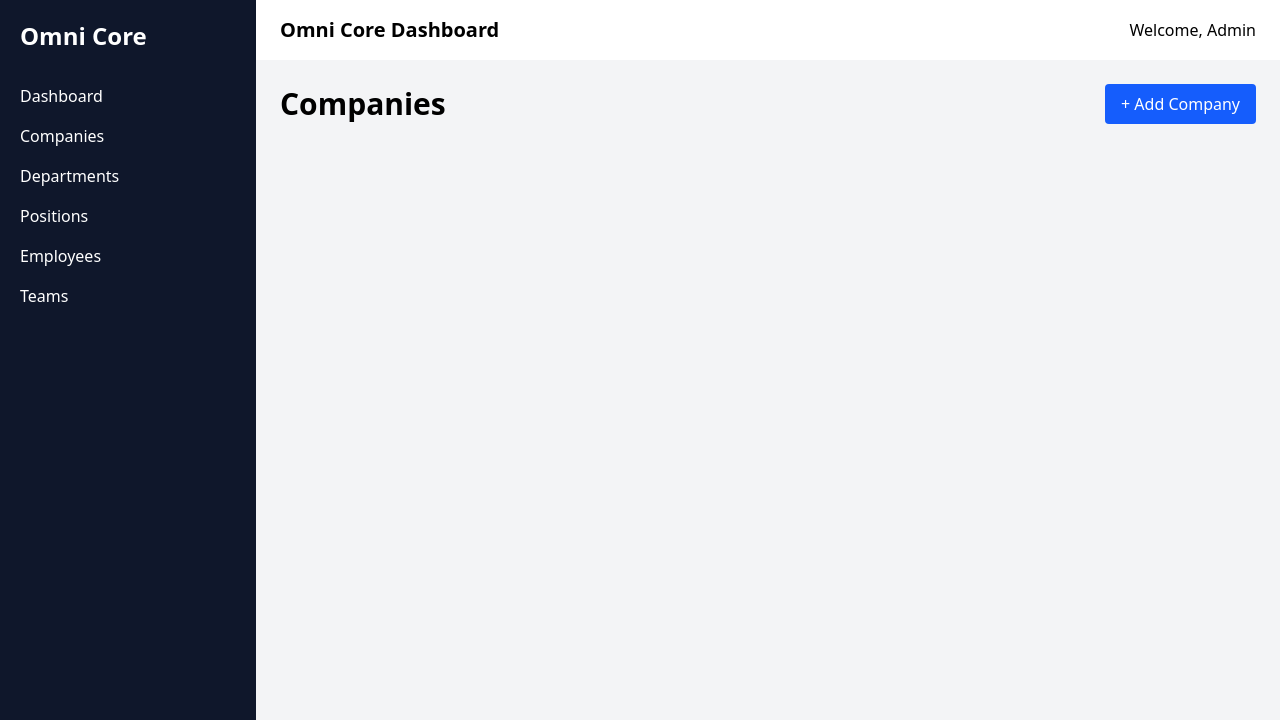
Repository: CoderShanto/Omni-Core
Page: /companies (app in frontend/)
The author's editor kept a copy of each file at every save. The page is drawn from the files as they stood at one save, then again after the next save.
The browser window is 1280 px wide. The pictures show the whole page.
The page's requests for data from a server got no answer. The project was rebuilt for these pictures with package versions that can differ from the ones it lists, and the page was loaded fresh each time. No one was signed in, and anything a server would have sent is missing. Also part of the build but not shown: frontend/vite.config.ts, frontend/src/pages/Dashboard.tsx, frontend/src/components/Card.tsx, frontend/src/pages/Departments.tsx, frontend/src/pages/Positions.tsx, frontend/src/pages/Employees.tsx, frontend/src/pages/Teams.tsx.

Above is the page before, as saved 2026-07-24 03:58:41.

### frontend/index.html
<!doctype html>
<html lang="en">
  <head>
    <meta charset="UTF-8" />
    <link rel="icon" type="image/svg+xml" href="/favicon.svg" />
    <meta name="viewport" content="width=device-width, initial-scale=1.0" />
    <title>frontend</title>
  </head>
  <body>
    <div id="root"></div>
    <script type="module" src="/src/main.tsx"></script>
  </body>
</html>

### frontend/src/App.tsx
import AppRoutes from "./routes/AppRoutes";

function App() {
  return <AppRoutes />;
}

export default App;

### frontend/src/routes/AppRoutes.tsx
import { BrowserRouter, Routes, Route } from "react-router-dom";

import MainLayout from "../layouts/MainLayout";

import Dashboard from "../pages/Dashboard";
import Companies from "../pages/Companies";
import Departments from "../pages/Departments";
import Positions from "../pages/Positions";
import Employees from "../pages/Employees";
import Teams from "../pages/Teams";

const AppRoutes = () => {
  return (
    <BrowserRouter>
      <Routes>

        <Route path="/" element={<MainLayout />}>

          <Route index element={<Dashboard />} />

          <Route
            path="companies"
            element={<Companies />}
          />

          <Route
            path="departments"
            element={<Departments />}
          />

          <Route
            path="positions"
            element={<Positions />}
          />

          <Route
            path="employees"
            element={<Employees />}
          />

          <Route
            path="teams"
            element={<Teams />}
          />

        </Route>

      </Routes>
    </BrowserRouter>
  );
};

export default AppRoutes;

### frontend/src/layouts/MainLayout.tsx
import { Outlet } from "react-router-dom";
import Sidebar from "../components/Sidebar";
import Navbar from "../components/Navbar";

const MainLayout = () => {
  return (
    <div className="min-h-screen flex">
      {/* Sidebar */}
      <Sidebar />

      {/* Main Content */}
      <div className="flex-1 flex flex-col">
        <Navbar />

        <main className="p-6 bg-gray-100 flex-1">
          <Outlet />
        </main>
      </div>
    </div>
  );
};

export default MainLayout;

### frontend/src/pages/Companies.tsx
import { useEffect, useState } from "react";
import { getCompanies } from "../services/company.service";
import Card from "../components/Card";
import Button from "../components/Button";
import SearchBar from "../components/SearchBar";

const Companies = () => {

    const [companies, setCompanies] = useState([]);
    const [search, setSearch] = useState("");

  useEffect(() => {

    fetchCompanies();

  }, []);

  const fetchCompanies = async () => {

    const data = await getCompanies();

    setCompanies(data);

  };

  return (

    <div>
  <div className="flex justify-between items-center mb-6">
    <h1 className="text-3xl font-bold">
      Companies
    </h1>

    <Button>
      + Add Company
    </Button>
  </div>

  <div className="grid gap-5">

    {companies.map((company: any) => (

      <Card key={company._id}>

        <h2 className="text-xl font-bold">
          {company.name}
        </h2>

        <p>
          <strong>Industry:</strong> {company.industry}
        </p>

        <p>
          <strong>Owner:</strong> {company.owner?.name || "No Owner"}
        </p>

        <p>{company.email}</p>

        <p>{company.phone}</p>

        <div className="flex gap-3 mt-4">

          <Button>View</Button>

          <Button>Edit</Button>

          <Button>Delete</Button>

        </div>

      </Card>

    ))}

  </div>
</div>

  );

};

export default Companies;

### frontend/src/components/Sidebar.tsx
import { Link } from "react-router-dom";

const Sidebar = () => {
  return (
    <aside className="w-64 bg-slate-900 text-white min-h-screen p-5">
      <h2 className="text-2xl font-bold mb-8">
        Omni Core
      </h2>

      <nav className="space-y-4">

        <Link to="/" className="block hover:text-blue-400">
          Dashboard
        </Link>

        <Link
          to="/companies"
          className="block hover:text-blue-400"
        >
          Companies
        </Link>

        <Link
          to="/departments"
          className="block hover:text-blue-400"
        >
          Departments
        </Link>

        <Link
          to="/positions"
          className="block hover:text-blue-400"
        >
          Positions
        </Link>

        <Link
          to="/employees"
          className="block hover:text-blue-400"
        >
          Employees
        </Link>

        <Link
          to="/teams"
          className="block hover:text-blue-400"
        >
          Teams
        </Link>

      </nav>
    </aside>
  );
};

export default Sidebar;

### frontend/src/components/Navbar.tsx
const Navbar = () => {
  return (
    <header className="bg-white shadow px-6 py-4 flex justify-between items-center">
      <h1 className="text-xl font-semibold">
        Omni Core Dashboard
      </h1>

      <div>
        Welcome, Admin
      </div>
    </header>
  );
};

export default Navbar;

### frontend/src/services/company.service.ts
import api from "./api";

export const getCompanies = async () => {
  const res = await api.get("/companies");

  return res.data.data;
};

### frontend/src/components/Button.tsx
type ButtonProps = {
  children: React.ReactNode;
  onClick?: () => void;
};

const Button = ({ children, onClick }: ButtonProps) => {
  return (
    <button
      onClick={onClick}
      className="bg-blue-600 text-white px-4 py-2 rounded hover:bg-blue-700"
    >
      {children}
    </button>
  );
};

export default Button;

### frontend/src/services/api.ts
import axios from "axios";

const api = axios.create({
  baseURL: "http://localhost:5000/api",
});

export default api;

### frontend/src/components/SearchBar.tsx
type SearchBarProps = {
  value: string;
  onChange: (value: string) => void;
};

const SearchBar = ({
  value,
  onChange,
}: SearchBarProps) => {
  return (
    <input
      type="text"
      placeholder="Search..."
      value={value}
      onChange={(e) => onChange(e.target.value)}
      className="border rounded-lg px-4 py-2 w-full"
    />
  );
};

export default SearchBar;

Loaded but not shown: frontend/src/main.tsx (common file); frontend/src/index.css (common file)

After the next save:
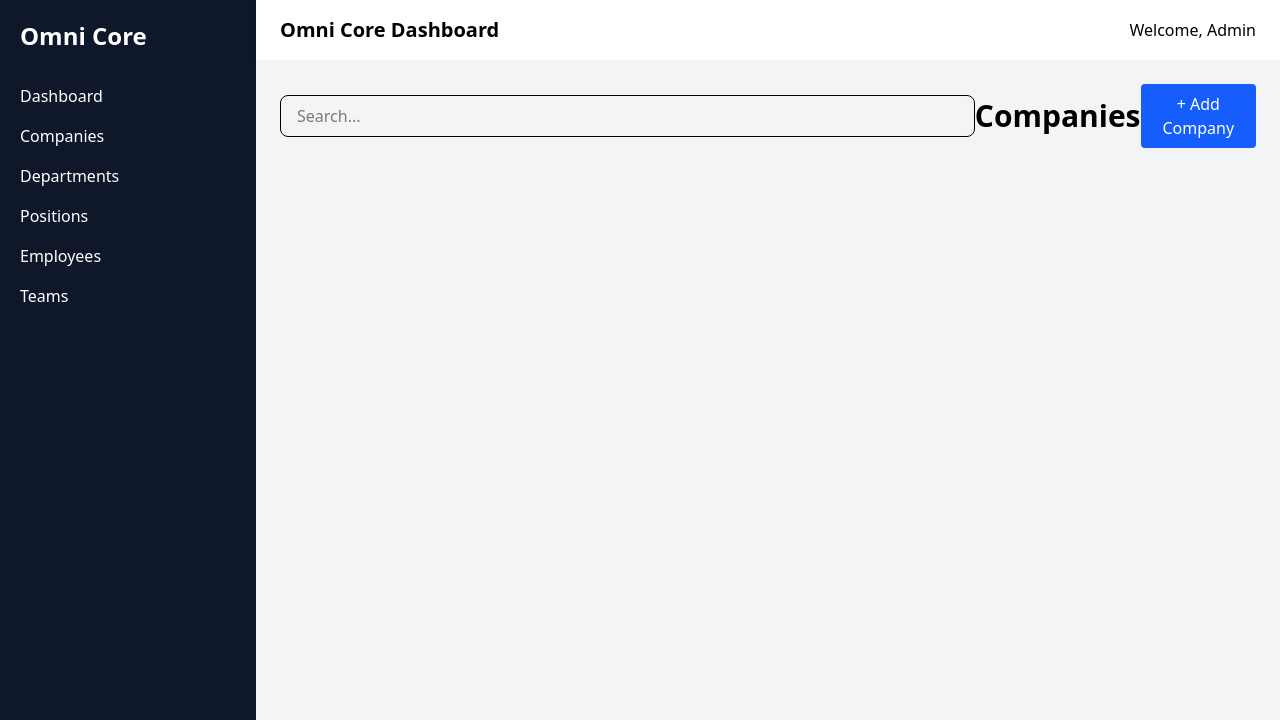
Saved 39 s later.
--- a/frontend/src/pages/Companies.tsx
+++ b/frontend/src/pages/Companies.tsx
@@ -26,7 +26,11 @@ const Companies = () => {
   return (
 
     <div>
-  <div className="flex justify-between items-center mb-6">
+          <div className="flex justify-between items-center mb-6">
+              <SearchBar
+  value={search}
+  onChange={setSearch}
+/>
     <h1 className="text-3xl font-bold">
       Companies
     </h1>
